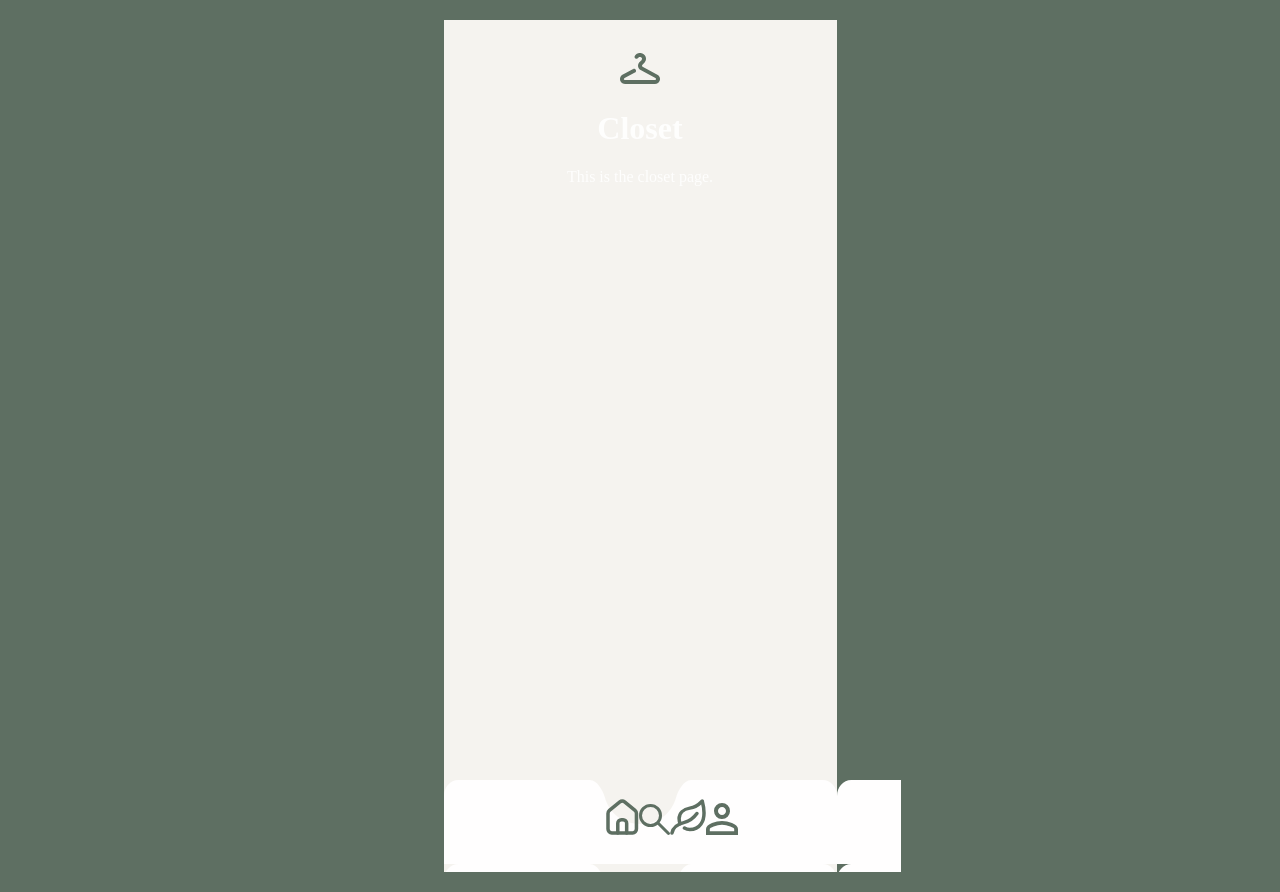
Repository: Strawb3rryjam/app-slotion
Page: /closet
An editor plug-in stored every save of this project. The page is shown before and after the next save, followed by the edit.
The browser window is 1280 px wide. The pictures show the whole page.
The project was rebuilt for these pictures with package versions that can differ from the ones it lists, and the page was loaded fresh each time. Also part of the build but not shown: vite.config.js. Imported but missing from the stored project, and not drawn on this page: src/pages/Home.

Above is the page before, as saved 2025-05-09 02:20:17.

After the next save:
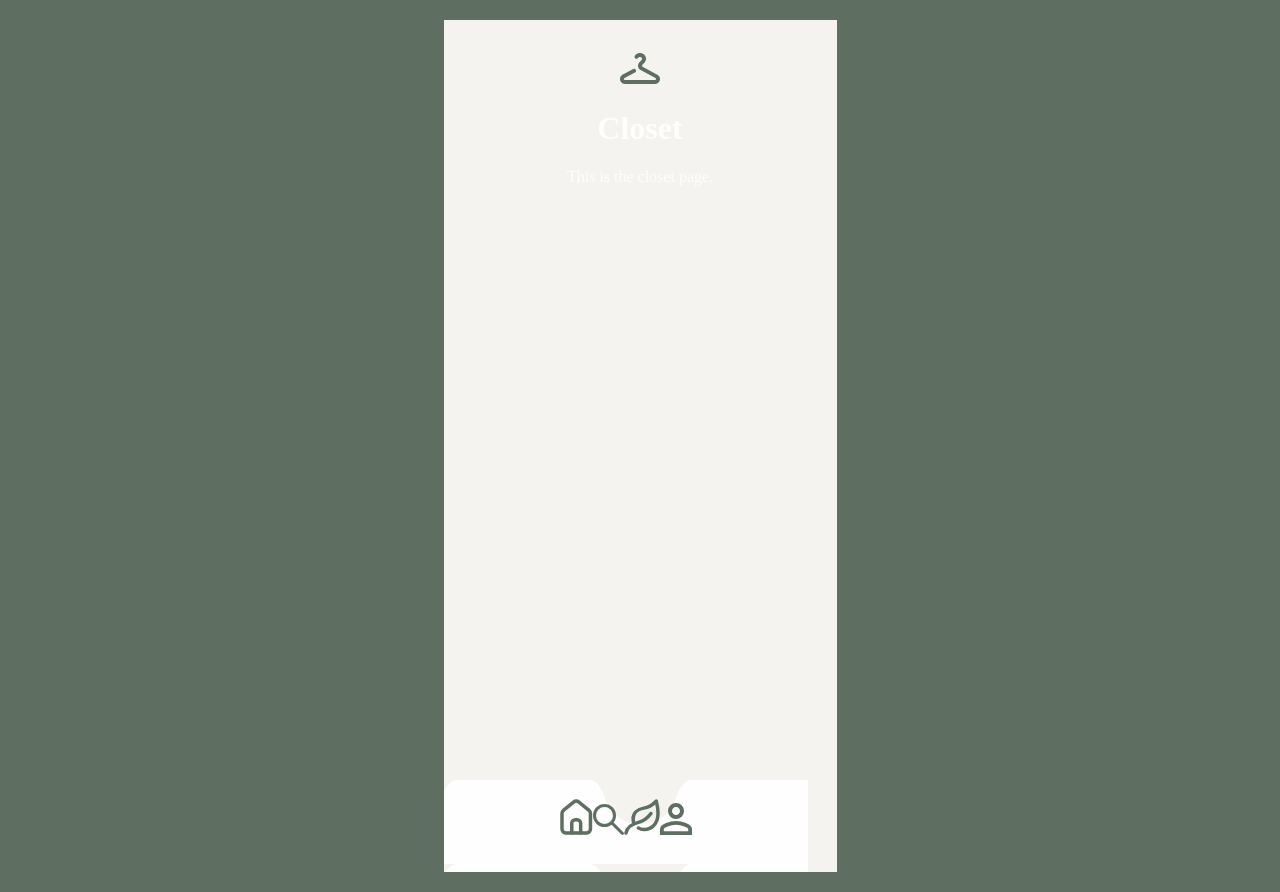
Saved 6 s later.
--- a/src/css/NavBar.module.css
+++ b/src/css/NavBar.module.css
@@ -11,7 +11,7 @@
     display: flex;
     justify-content: center;  /* Align the navbar content centrally */
     background-image: url(../assets/NavBar.svg);
-    width: 393px;
+    width: 300px;
 
   }
 

After the save that followed:
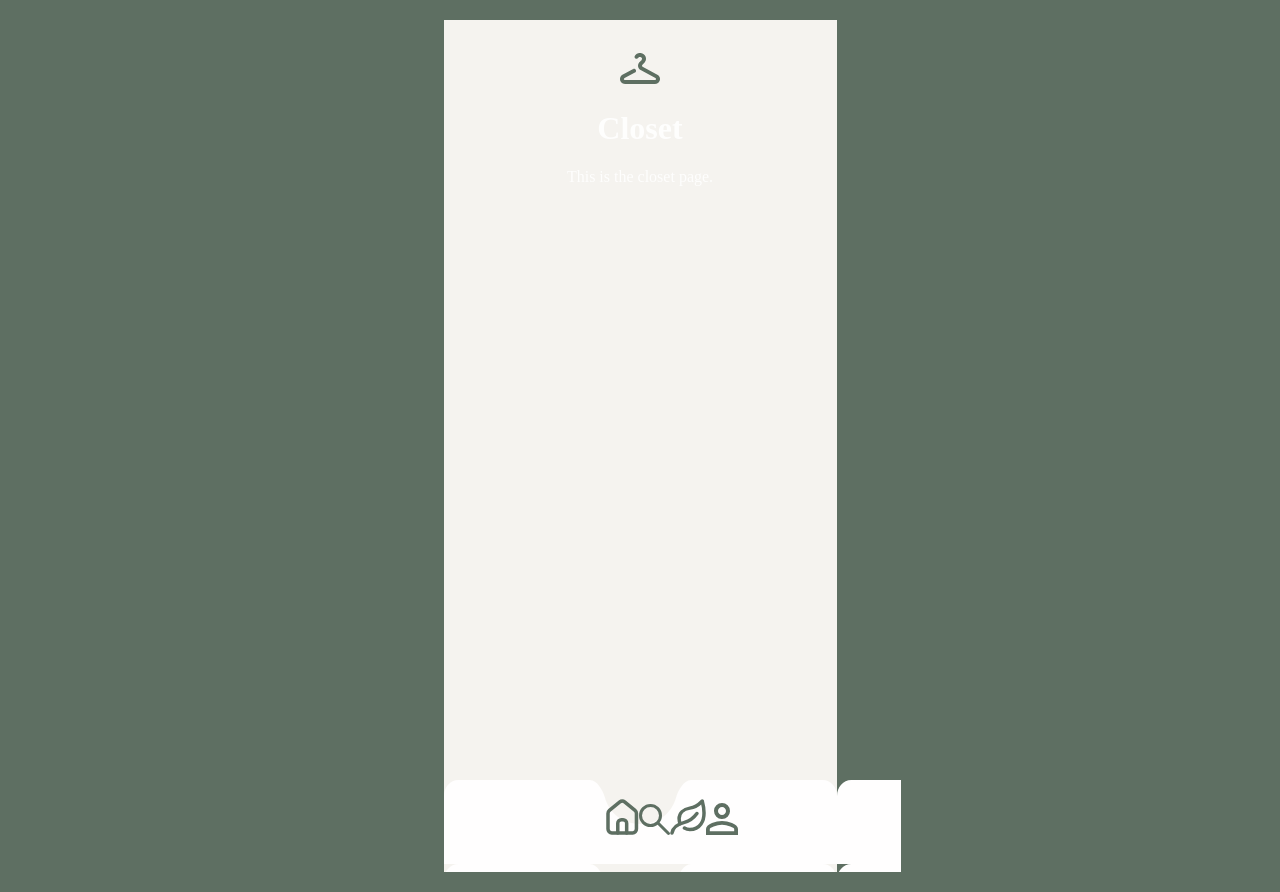
Saved 10 s later.
--- a/src/css/NavBar.module.css
+++ b/src/css/NavBar.module.css
@@ -11,7 +11,7 @@
     display: flex;
     justify-content: center;  /* Align the navbar content centrally */
     background-image: url(../assets/NavBar.svg);
-    width: 300px;
+    width: 393px;
 
   }
 
